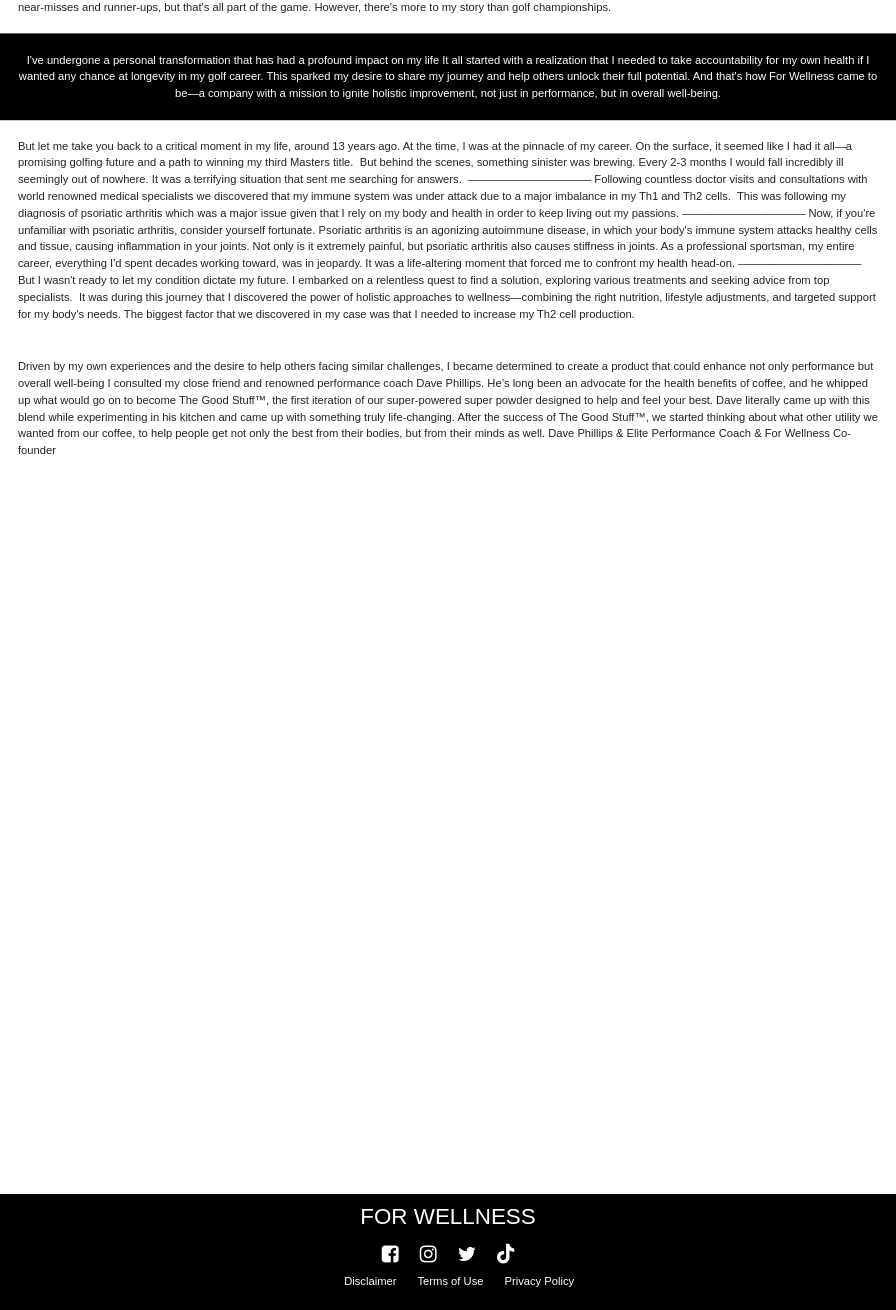
Repository: dariusprince90/wellness-landing
Page: index.html
An editor plug-in stored every save of this project. The page is shown before and after the next save, followed by the edit.
The browser window is 1280 px wide. The pictures show the part of the page from y = 1624 to 3544 px (the page is 3496 px tall before and 3544 px after), at 70% of full size.

Above is the page before, as saved 2023-07-26 10:01:04.

### index.html
<!doctype html>
<html lang="en">

<head>
  <title>For Wellness Store</title>
  <!-- Required meta tags -->
  <meta charset="utf-8">
  <meta name="viewport" content="width=device-width, initial-scale=1, shrink-to-fit=no">

  <!-- Bootstrap CSS v5.2.1 -->
  <link href="https://cdn.jsdelivr.net/npm/bootstrap@5.2.1/dist/css/bootstrap.min.css" rel="stylesheet"
    integrity="sha384-iYQeCzEYFbKjA/T2uDLTpkwGzCiq6soy8tYaI1GyVh/UjpbCx/TYkiZhlZB6+fzT" crossorigin="anonymous">
    <link rel="stylesheet" href="https://cdnjs.cloudflare.com/ajax/libs/font-awesome/6.4.0/css/all.min.css" integrity="sha512-iecdLmaskl7CVkqkXNQ/ZH/XLlvWZOJyj7Yy7tcenmpD1ypASozpmT/E0iPtmFIB46ZmdtAc9eNBvH0H/ZpiBw==" crossorigin="anonymous" referrerpolicy="no-referrer" />
    <link rel="stylesheet" href="https://maxcdn.bootstrapcdn.com/font-awesome/4.7.0/css/font-awesome.min.css">
    <link rel="stylesheet" href="css/styles.css">


</head>

<body>
  <header>
    Urgent News for Coffee Lovers Across America

  </header>
  <main>

    <section class="s-001-text">

        The Healthy Coffee Creamer that will completely elevate your morning routine.


Could this decadent mocha creamer be the
secret to better Aging, Improved Energy Levels, and a Healthier Body Composition?


1st sales banners

Boosts Energy
and Burns Fat

Boost Focus,
Feel Fuller, and Obtain Mental Clarity


Supercharges the Natural Health Benefits of Your Coffee


Supports Joints,
Skin, and
Hair Health

    </section>
<br/>
<br/>

    <section class="s-002-text">

        “I can't believe this is actually good for me!”

- I shouted out after my first cup of The Good Stuff FOCUS...


———————————
If you're anything like me, you understand the sheer joy of that perfect cup of morning coffee, complete with a generous scoop of sugar and cream.

The aroma fills the air, that first sip tantalizes your taste buds, and a warm rush of satisfaction washes over you.

It's a routine we can all relate to, isn't it?

Now, when it comes to creamers, my weakness has always been those with a cocoa or chocolate flavor.

It takes that already divine experience and elevates it to new heights of indulgence.
    </section>

    <section class="s-003-text">

        But here's the catch—I've always felt a twinge of guilt
when giving in to my sweet tooth and adding those
extra scoops of cream and sugar to my coffee...

    </section>
    <section class="s-004-text">
        Deep down, I knew it wasn't the healthiest choice, yet I found myself doing it almost every morning

———————————


About a year ago, as I glanced at the scale, I realized it was time for a major change.

Despite considering myself fairly healthy, working out three times a week and making smarter food choices like opting for sweet potato fries over regular ones, I still couldn't shake off that stubborn belly fat and flabby arms.

It puzzled me.

How could I be putting in the effort to stay healthy but still struggle with 20-30 pounds of excess weight?

———————————


For as long as I can remember, my routine involved jogging to Starbucks in Naperville each morning, treating myself to either a grande Java Chip Frappuccino or a Venti Cafe Mocha as a reward for completing my run.

I always assumed these drinks were relatively healthy, no different from the coffee I made at home with cream and sugar.

That illusion shattered when I stumbled upon a Facebook post from one of my fit friends, exposing the alarming sugar content in Starbucks drinks.

Naturally, I was skeptical at first, but curiosity got the better of me. I visited Starbucks' website, and there it was—the nutrition label, revealing a shocking truth.
    </section>
    <section class="s-005-text">
        <img src=""/ alt="test.png">
        <img src=""/ alt="test.png">

    </section>
    <section class="s-006-text">
        I'm no nutritionist or personal trainer, but even I could see the red flags: nearly 60 grams of sugar, over 400 calories per drink, and a laundry list of unrecognizable ingredients like Xanthan Gum, Palm Kernel Oil, and Processed Alkali.

It was a wake-up call.

I realized my health was gradually deteriorating, and there was a reason I couldn't shed that stubborn belly fat, or as I affectionately called it, my built-in flotation device.
———————————


But it wasn't just the weight gain—I began noticing
random bumps and wrinkles on my skin, and my hair
seemed to be thinning by the month.
———————————


Aging, I thought, until I considered the possibility that there might be more to it.

Refusing to accept my fate of carrying around those extra pounds and experiencing premature aging, I embarked on a mission to find a solution.

I scoured the internet for a way to maintain my beloved chocolate coffee morning routine without compromising two things:
———————————


The 2 buttons

The delicious taste of my coffee

And my overall well-being
    </section>

    <section class="s-007-text">

After days of intensive research,
I stumbled upon a unique product
called "The Good Stuff FOCUS"


Created by none other than professional golfer Phil Mickelson and his long-term friend and elite performance coach, Dave Phillips.

It promised to be a healthy alternative to the additional 500 calories
I was consuming each morning in my coffee.

Curiosity piqued, I decided to take the plunge and ordered a
bag—and let me tell you,

I haven't looked back since.



Dave PhillipsElite Performance Coach
& For Wellness Co-founder
    </section>

    <section class="s-008-text">
        <img src="" alt="test.png"/>
        <img src="" alt="test.png"/>
        <img src="" alt="test.png"/>

        The results have been astounding!

3 banners

My productivity has
drastically improved…

My workouts are stronger
and more efficient..

My daily energy has
noticeably improved.

The best part?

I didn't have to sacrifice the heavenly taste I love
in order to become healthier!

It's a win-win situation that has me hooked for life.

    </section>
    <section class="s-009-text">
        <img src="" alt="test.png"/>
    </section>
    <section class="s-010-text">
        We hear stories like this all the time from our customers and
I’d like to dive a bit deeper into


Why The Good Stuff™ FOCUS is such a powerful
tool when it comes to optimizing health, focus,
and a better quality of life


Before I share with you a bit more about
The Good Stuff™ FOCUS, I’d like to tell you a little bit about me and why I created this life changing product that has propelled me to:

3 benefits

Take my health from getting sick every couple of months to 100%

Achieve tied 2nd place at the Masters tournament this year, at the age of 52 (17 years older than the first place winner!)


Feel the best I have in years

And so much more.

<img src="" alt="test.png"/>
Phil MickelsonElite Performance Coach
& For Wellness Co-founder
    </section>

    <section class="s-011-text">
        Hey there, I'm Phil Mickelson
        <img src="" alt="test.png"/>

If you're a fan of professional golf, chances are you've heard my name before.

But for those who don't know me, let me introduce myself.

I've dedicated most of my life to playing golf at the highest level, constantly striving for greatness and pushing my limits.

Throughout my journey, I've accomplished some incredible feats with the help of hard work and an incredible support system.

I take pride in being a three-time Masters tournament champion, along with clinching victory in 42 other major PGA Tour events, including being the oldest winner of the PGA Championship at the age of 51 in 2021.

Of course, there have been moments of near-misses and runner-ups, but that's all part of the game.

However, there's more to my story than golf championships.

    </section>


    <section class="s-012-text">
        I've undergone a personal transformation
that has had a profound impact on my life

It all started with a realization that I needed to take accountability for my own health if
I wanted any chance at longevity in my golf career.

This sparked my desire to share my journey and help others unlock their full potential.

And that's how For Wellness came to be—a company with a mission to ignite holistic improvement, not just in performance, but in overall well-being.
    </section>

    <section class="s-013-text">
        But let me take you back to a critical moment
in my life, around 13 years ago.

At the time, I was at the pinnacle of my career.

On the surface, it seemed like I had it all—a promising golfing future and a path to winning my third Masters title.

But behind the scenes, something sinister was brewing.

Every 2-3 months I would fall incredibly ill seemingly out of nowhere.

It was a terrifying situation that sent me searching for answers.
———————————

Following countless doctor visits and consultations with world renowned medical specialists we discovered that my immune system was under attack due to a major imbalance in my Th1 and Th2 cells.

This was following my diagnosis of psoriatic arthritis which was a major issue given that I rely on my body and health in order to keep living out my passions.

———————————

Now, if you're unfamiliar with psoriatic arthritis, consider yourself fortunate.

Psoriatic arthritis is an agonizing autoimmune disease, in which your body's immune system attacks healthy cells and tissue, causing inflammation in your joints.

Not only is it extremely painful, but psoriatic arthritis also causes stiffness in joints.

As a professional sportsman, my entire career, everything I'd spent decades working toward, was in jeopardy.


It was a life-altering moment that forced me
to confront my health head-on.

———————————

But I wasn't ready to let my condition dictate my future.

I embarked on a relentless quest to find a solution, exploring various treatments and seeking advice from top specialists.

It was during this journey that I discovered the power of holistic approaches to wellness—combining the right nutrition, lifestyle adjustments, and targeted support for my body's needs.

The biggest factor that we discovered in my case was that I needed to increase my Th2 cell production.


    </section>


    <section class="s-014-text">
        Driven by my own experiences and the desire to help others
facing similar challenges,


I became determined to create a product
that could enhance not only performance but overall well-being


I consulted my close friend and renowned performance coach Dave Phillips. He’s long been an advocate for the health benefits of coffee, and he whipped up what would go on to become The Good Stuff™, the first iteration of our super-powered super powder designed to help and feel your best.

Dave literally came up with this blend while experimenting in his kitchen and came up with something truly life-changing. After the success of The Good Stuff™, we started thinking about what other utility we wanted from our coffee, to help people get not only the best from their bodies, but from their minds as well.

Dave Phillips & Elite Performance Coach
& For Wellness Co-founder
    </section>
    <section class="s-015-text">


    </section>
    <section class="s-00#-text">
    </section>

    <section class="s-00#-text">
    </section>

    <section class="s-00#-text">
    </section>
    <section class="s-00#-text">
    </section>
    <section class="s-00#-text">
    </section>
    <section class="s-00#-text">
    </section>

    <section class="s-00#-text">
    </section>

    <section class="s-00#-text">
    </section>
    <section class="s-00#-text">
    </section>
    <section class="s-00#-text">
    </section>
    <section class="s-00#-text">
    </section>

    <section class="s-00#-text">
    </section>

    <section class="s-00#-text">
    </section>
    <section class="s-00#-text">
    </section>
    <section class="s-00#-text">
    </section>
    <section class="s-00#-text">
    </section>

    <section class="s-00#-text">
    </section>

    <section class="s-00#-text">
    </section>
    <section class="s-00#-text">
    </section>


  </main>
  <footer>
    <h2>
        FOR WELLNESS
    </h2>
    <span>
        <i class="fa fa-facebook-square soclmd" aria-hidden="true"></i>
        <i class="fa fa-instagram soclmd" aria-hidden="true"></i>
        <i class="fa fa-twitter soclmd" aria-hidden="true"></i>
        <i class="fa-brands fa-tiktok soclmd"></i>


    </span>

    <span>
        <ul>
            <li>Disclaimer</li>
            <li>Terms of Use</li>
            <li>Privacy Policy</li>

        </ul>

    </span>



  </footer>
  <!-- Bootstrap JavaScript Libraries -->
  <script src="https://cdn.jsdelivr.net/npm/@popperjs/core@2.11.6/dist/umd/popper.min.js"
    integrity="sha384-oBqDVmMz9ATKxIep9tiCxS/Z9fNfEXiDAYTujMAeBAsjFuCZSmKbSSUnQlmh/jp3" crossorigin="anonymous">
  </script>

  <script src="https://cdn.jsdelivr.net/npm/bootstrap@5.2.1/dist/js/bootstrap.min.js"
    integrity="sha384-7VPbUDkoPSGFnVtYi0QogXtr74QeVeeIs99Qfg5YCF+TidwNdjvaKZX19NZ/e6oz" crossorigin="anonymous">
  </script>
</body>

</html>

### css/styles.css
@import url('https://fonts.googleapis.com/css2?family=Lato:wght@900&display=swap');



body, footer, header {
    font-family: 'Poppins', sans-serif;
}

header {
    font-family: 'Poppins', sans-serif;
    font-weight: 500;
}

footer, header, .s-012-text {
    background-color: #000000;
    color: #ffffff;
    text-align: center;
}

footer, header {
    padding: 1vw;
}

footer {
    bottom: 0;
    position: static;
}

ul li,
li {
    text-decoration: none;
    display: inline;
    padding: 1vw;
}

section {
    padding: 2vw;
}

.soclmd {
    font-size: 2.2vw;
    padding: 1vw;

}


/*
----------------------------------------------------------------
                Section styles
----------------------------------------------------------------
*/

.s-001-text {
        text-emphasis: none;
}

.s-002-text {
    text-emphasis: none;
}

.s-003-text {
    text-emphasis: none;
}

.s-004-text {
    text-emphasis: none;
}

.s-005-text {
    text-emphasis: none;
}

.s-006-text {
    text-emphasis: none;
}


.s-007-text {
    text-emphasis: none;
}

.s-008-text {
    text-emphasis: none;
}

.s-009-text {
    text-emphasis: none;
}

.s-010-text {
    text-emphasis: none;
}

.s-011-text {
    text-emphasis: none;
}

.s-012-text {
    text-emphasis: none;
}

.s-013-text {
    text-emphasis: none;
}

.s-014-text {
    text-emphasis: none;
}

.s-015-text {
    text-emphasis: none;
}

.s-016-text {
    text-emphasis: none;
}


.s-017-text {
    text-emphasis: none;
}

.s-018-text {
    text-emphasis: none;
}

.s-019-text {
    text-emphasis: none;
}

.s-020-text {
    text-emphasis: none;
}

.s-021-text {
    text-emphasis: none;
}


.s-022-text {
    text-emphasis: none;
}

.s-023-text {
    text-emphasis: none;
}

.s-024-text {
    text-emphasis: none;
}

.s-025-text {
    text-emphasis: none;
}

.s-026-text {
    text-emphasis: none;
}


.s-027-text {
    text-emphasis: none;
}

.s-028-text {
    text-emphasis: none;
}

.s-029-text {
    text-emphasis: none;
}

.s-030-text {
    text-emphasis: none;
}

.s-00#-text {
    text-emphasis: none;
}



.s-00#-text {
    text-emphasis: none;
}

.s-00#-text {
    text-emphasis: none;
}

After the next save:
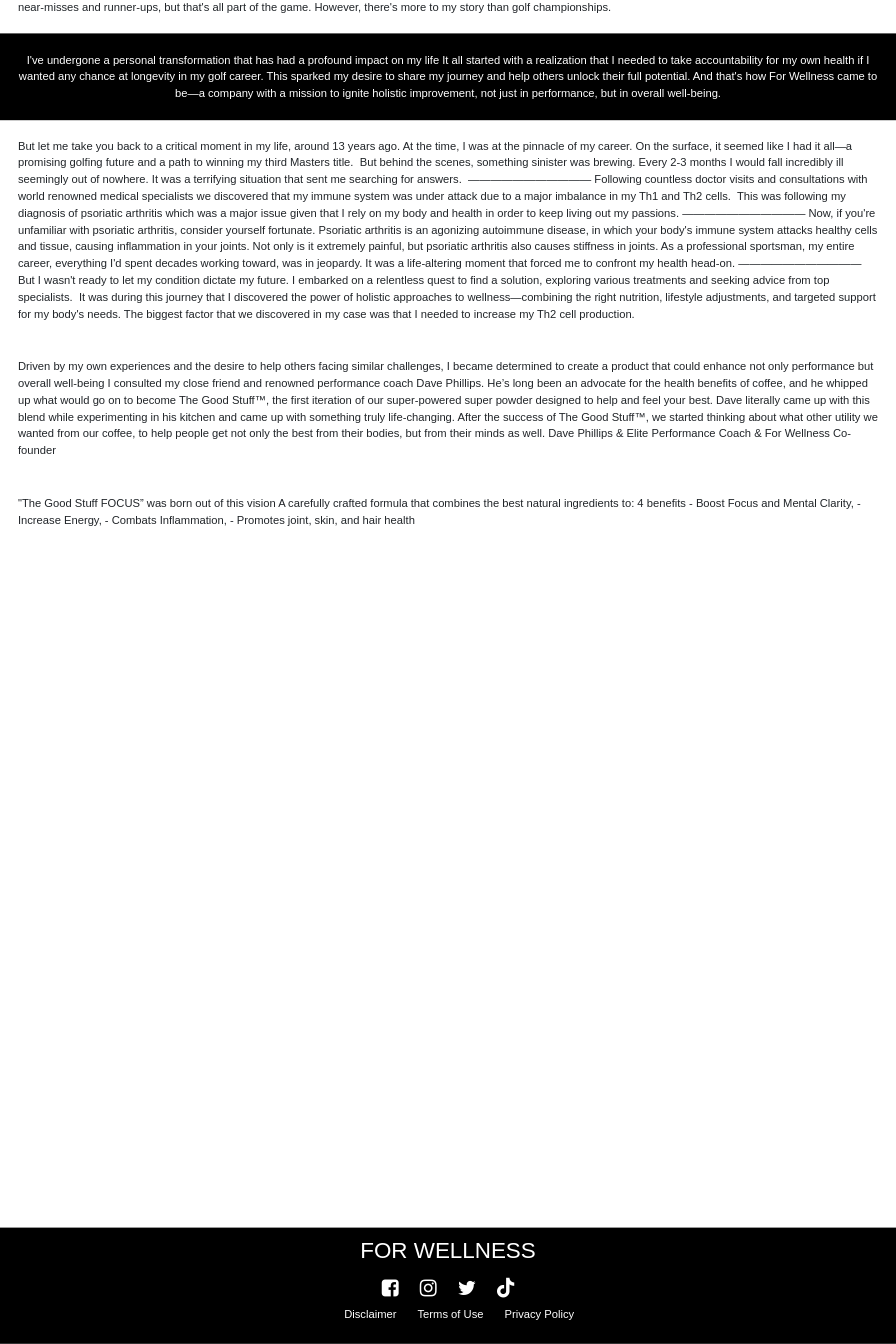
Saved 97 s later.
--- a/index.html
+++ b/index.html
@@ -317,7 +317,22 @@
 & For Wellness Co-founder
     </section>
     <section class="s-015-text">
-
+        "The Good Stuff FOCUS”
+        was born out of this vision
+
+
+        A carefully crafted formula that combines
+        the best natural ingredients to:
+
+        4 benefits
+
+        - Boost Focus and Mental Clarity,
+
+        - Increase Energy,
+
+        - Combats Inflammation,
+
+        - Promotes joint, skin, and hair health
 
     </section>
     <section class="s-00#-text">
